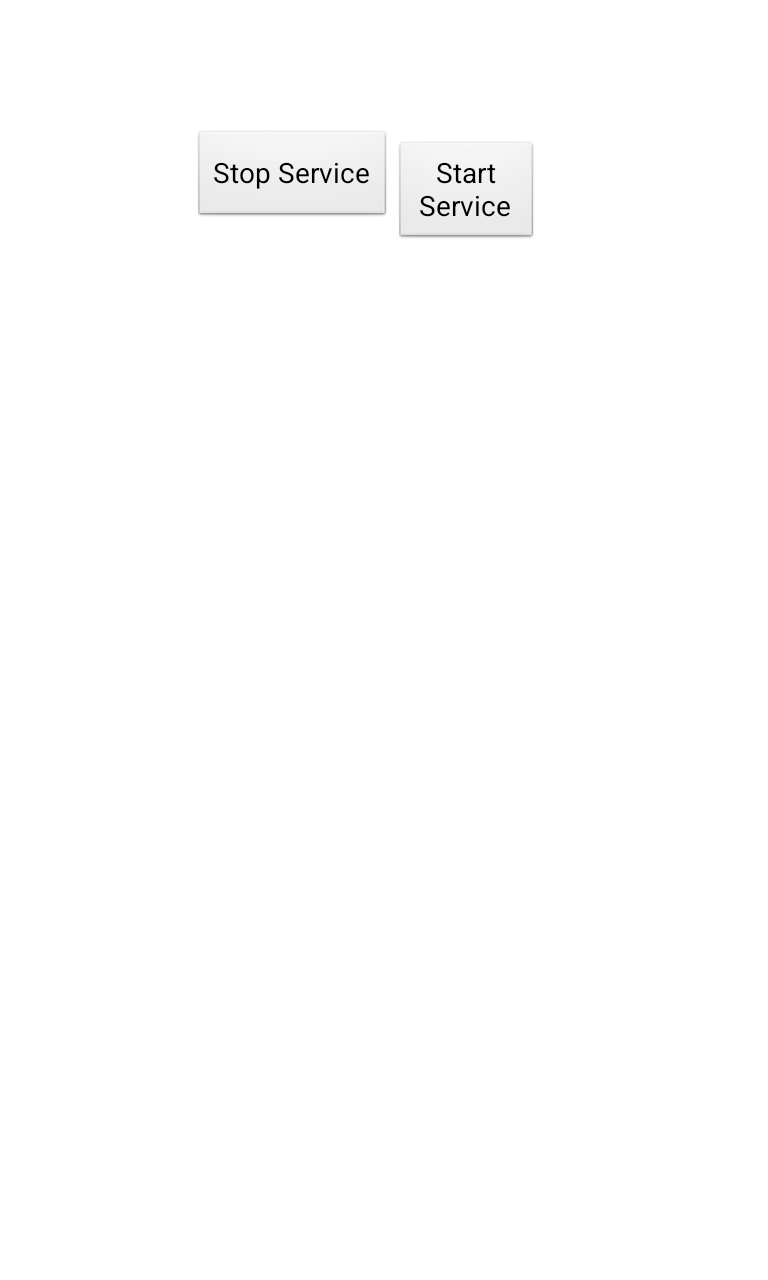
Repository: terraego/Wifidroid
Layout: server/res/layout/activity_wifi_droid_server.xml
These files come from the project's save history. The layout is drawn as it stood at one moment and after the next save; the edit follows.
It is drawn on a 768 x 1280 px phone screen (xhdpi) without system bars, with theme AppTheme; the app's code is not run.

Above is the layout before, as saved 2012-07-06 15:27:17.

### server/res/layout/activity_wifi_droid_server.xml
<RelativeLayout xmlns:android="http://schemas.android.com/apk/res/android"
    xmlns:tools="http://schemas.android.com/tools"
    android:id="@+id/RelativeLayout1"
    android:layout_width="match_parent"
    android:layout_height="match_parent"
    android:orientation="horizontal" >

    <Button
        android:id="@+id/stopService"
        android:layout_width="wrap_content"
        android:layout_height="wrap_content"
        android:layout_alignBaseline="@+id/startService"
        android:layout_alignParentLeft="true"
        android:layout_alignParentTop="true"
        android:layout_marginLeft="96dp"
        android:text="@string/StopService" />

    <Button
        android:id="@+id/startService"
        android:layout_width="wrap_content"
        android:layout_height="wrap_content"
        android:layout_alignParentTop="true"
        android:layout_marginRight="114dp"
        android:layout_marginTop="70dp"
        android:layout_toRightOf="@+id/stopService"
        android:text="@string/StartService" />

</RelativeLayout>

### server/res/values/strings.xml
<resources>

    <string name="app_name">WifiDroidServer</string>
    <string name="hello_world">Hello world!</string>
    <string name="menu_settings">Settings</string>
    <string name="title_activity_wifi_droid_server">WifiDroidServerActivity</string>
    <string name="StartService">&quot;Start Service&quot;</string>
    <string name="StopService">&quot;Stop Service&quot;</string>

</resources>

Loaded but not shown: server/res/values/styles.xml (common file)

After the next save:
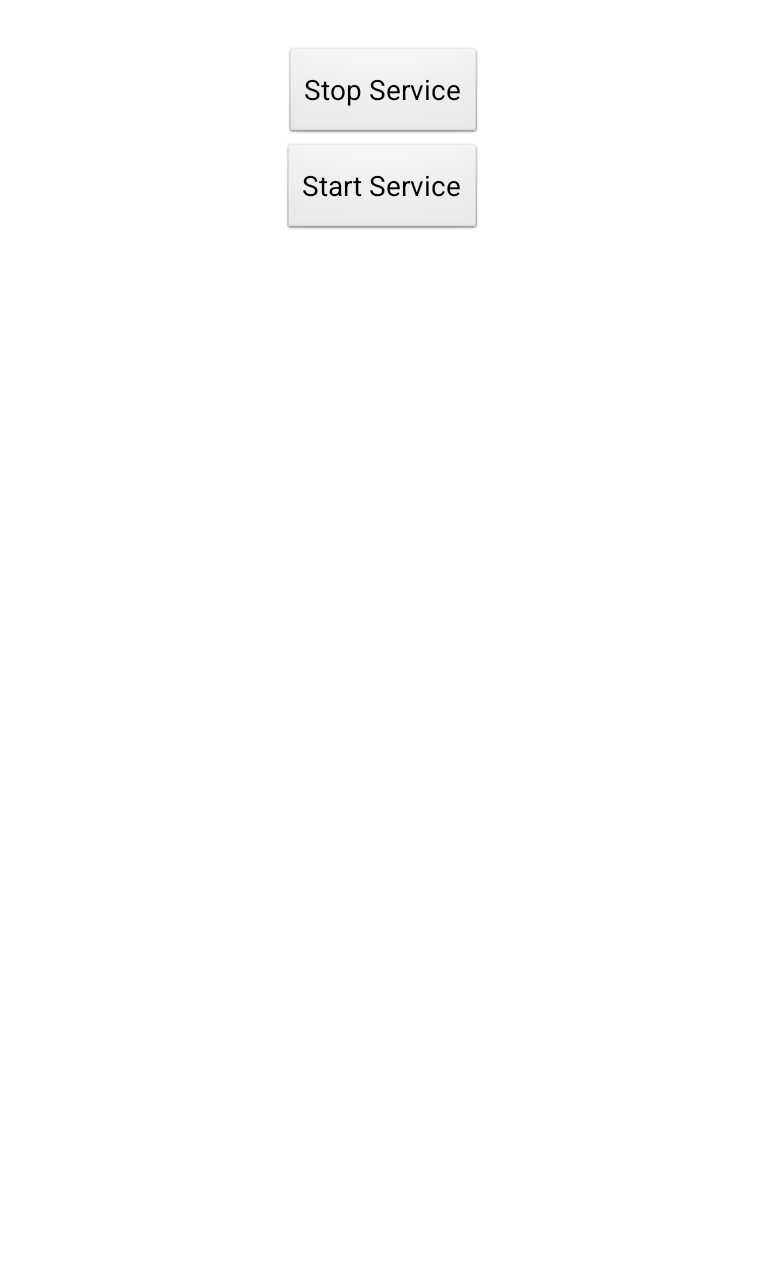
Saved 3 s later.
--- a/server/res/layout/activity_wifi_droid_server.xml
+++ b/server/res/layout/activity_wifi_droid_server.xml
@@ -9,20 +9,16 @@
         android:id="@+id/stopService"
         android:layout_width="wrap_content"
         android:layout_height="wrap_content"
-        android:layout_alignBaseline="@+id/startService"
-        android:layout_alignParentLeft="true"
-        android:layout_alignParentTop="true"
-        android:layout_marginLeft="96dp"
+        android:layout_centerHorizontal="true"
+        android:layout_marginTop="23dp"
         android:text="@string/StopService" />
 
     <Button
         android:id="@+id/startService"
         android:layout_width="wrap_content"
         android:layout_height="wrap_content"
-        android:layout_alignParentTop="true"
-        android:layout_marginRight="114dp"
-        android:layout_marginTop="70dp"
-        android:layout_toRightOf="@+id/stopService"
+        android:layout_alignRight="@+id/stopService"
+        android:layout_below="@+id/stopService"
         android:text="@string/StartService" />
 
 </RelativeLayout>
